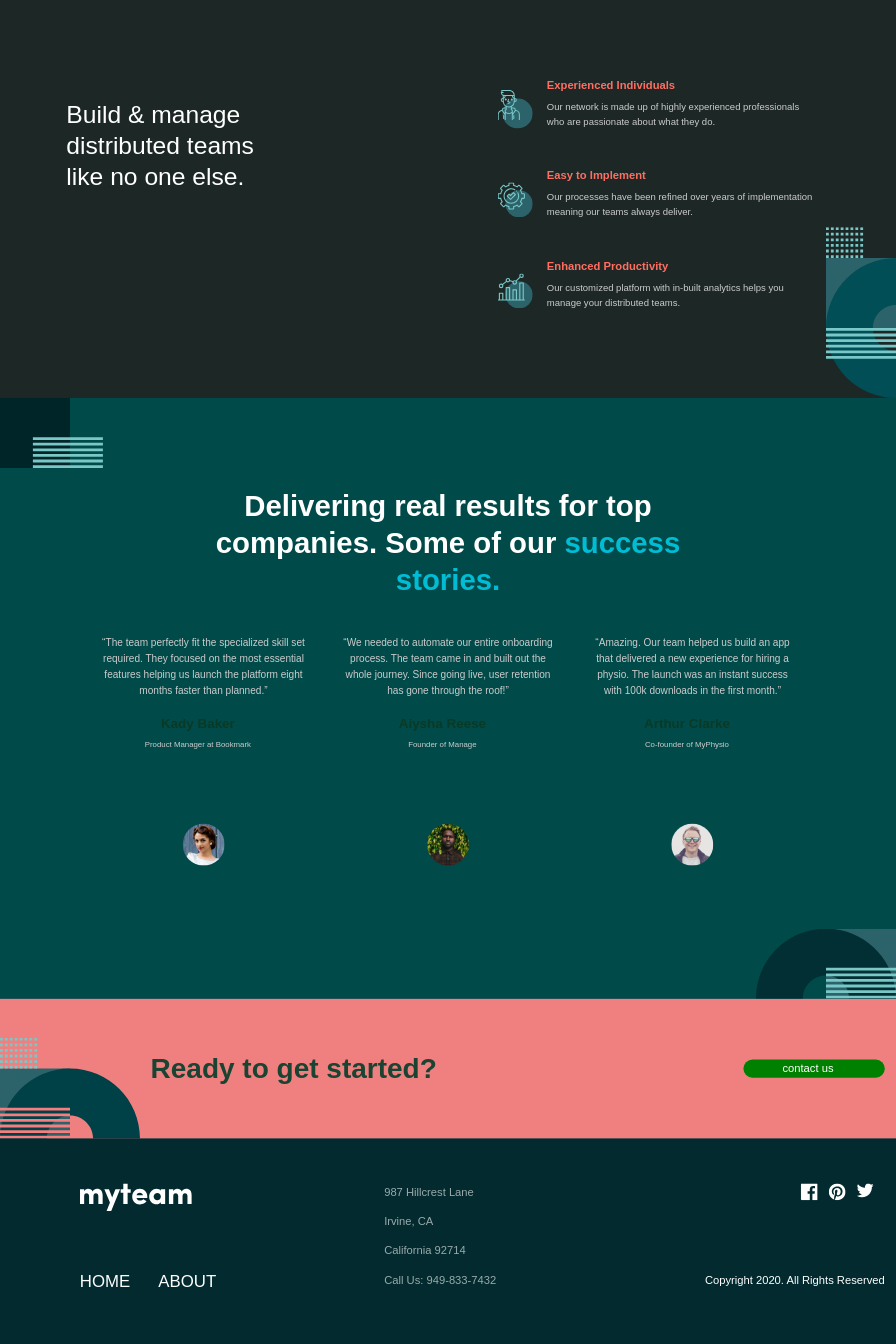
Repository: Gabriel221-dev/Project-page-main
Page: /
These files come from the project's save history. The page is drawn as it stood at one moment and after the next save; the edit follows.
The browser window is 1280 px wide. The pictures show the part of the page from y = 692 to 2612 px (the page is 2612 px tall), at 70% of full size.
The project was rebuilt for these pictures with package versions that can differ from the ones it lists, and the page was loaded fresh each time. Also part of the build but not shown: vite.config.js, src/pages/About.css, src/components/DirectorCard.css, src/components/DirectorCard.jsx, src/pages/About.jsx, src/pages/Contact.css, src/pages/Contact.jsx.

Above is the page before, as saved 2024-07-23 09:31:57.

After the next save:
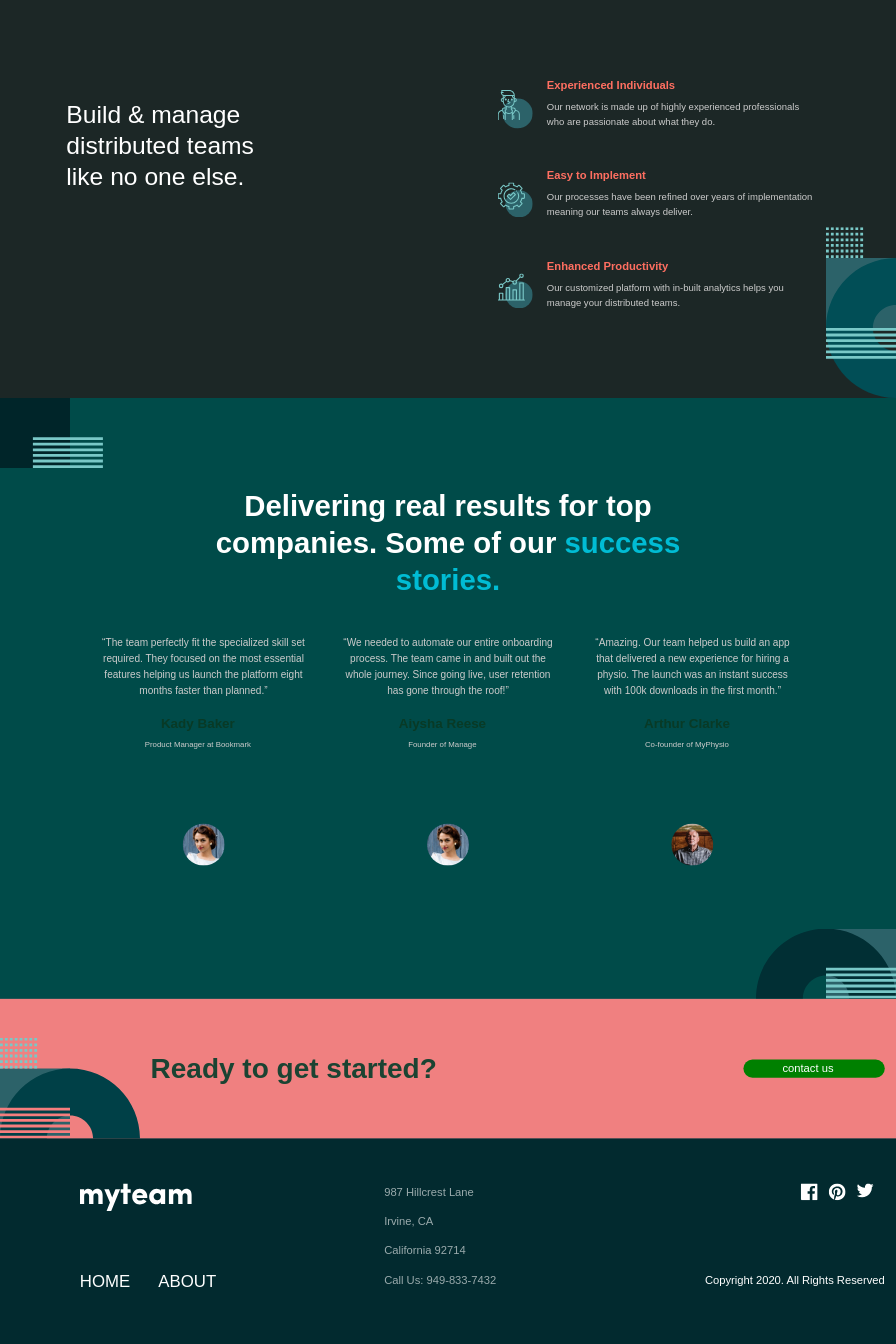
Saved 2 min 46 s later.
--- a/src/pages/Home.jsx
+++ b/src/pages/Home.jsx
@@ -1,9 +1,3 @@
-import iconPerson from "../assets/Icon-Person1.png";
-// import iconCog from "../assets/icon-cog.svg";
-import iconChart from "../assets/icon-chart.svg";
-import avatarAden from "../assets/avatar-aden.jpg";
-import avatarDrake from "../assets/avatar-drake.jpg";
-import avatarChristian from "../assets/avatar-christian.jpg";
 import ContactBanner from "../components/ContactBanner";
 import "./Home.css";
 
@@ -103,7 +97,7 @@ const Home = () => {
               </p>
               <h3>Aiysha Reese</h3>
               <p className="name__tag">Founder of Manage</p>
-              <img src={avatarDrake} alt="Aiysha Reese" />
+              <img src="/Imagez/avatar-aiysha.jpg" alt="Aiysha Reese" />
             </div>
             <div className="delivering__quote">
               <p>
@@ -113,7 +107,7 @@ const Home = () => {
               </p>
               <h3>Arthur Clarke</h3>
               <p className="name__tag">Co-founder of MyPhysio</p>
-              <img src={avatarChristian} alt="Arthur Clarke" />
+              <img src="/Imagez/avatar-arthur.jpg" alt="Arthur Clarke" />
             </div>
           </div>
         </div>
